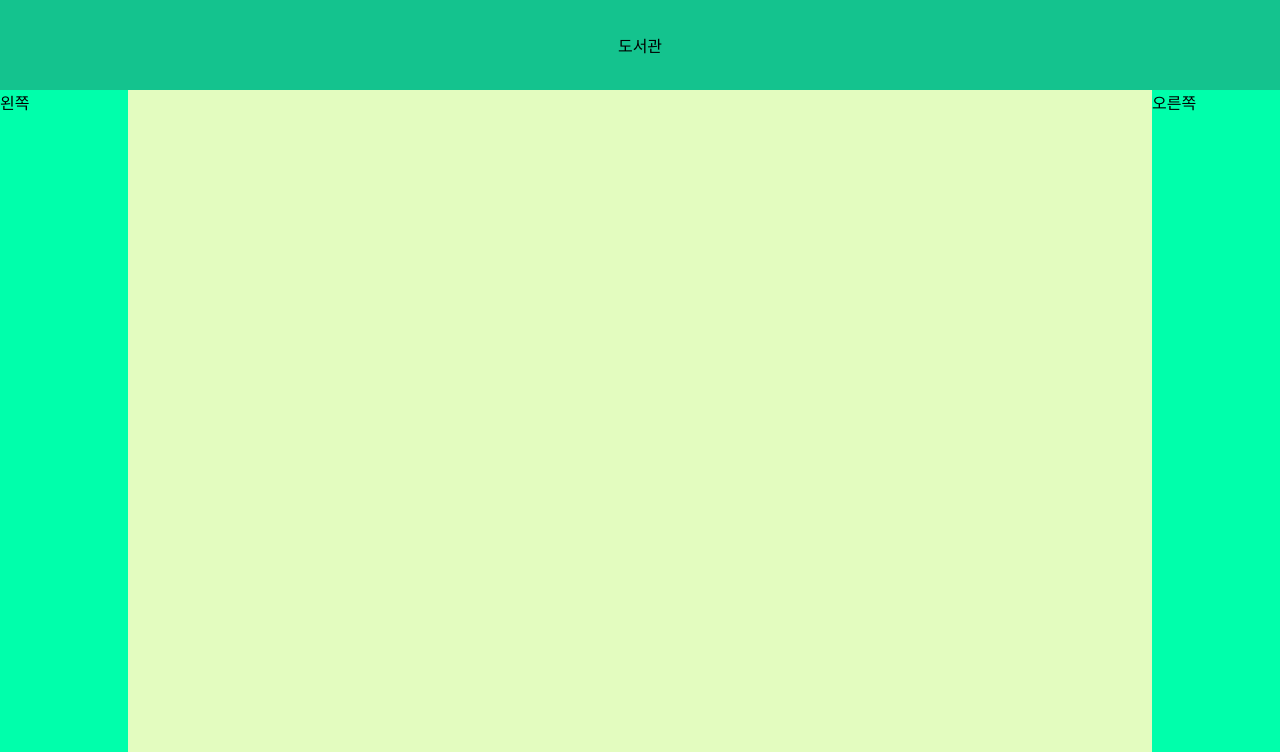
Repository: sojihwan/API_-Multi
Page: / (app in API/)
These files come from the project's save history. The page is drawn as it stood at one moment and after the next save; the edit follows.
The browser window is 1280 px wide. The pictures show the whole page.
The project was rebuilt for these pictures with package versions that can differ from the ones it lists, and the page was loaded fresh each time. Also part of the build but not shown: API/src/App.css.

Above is the page before, as saved 2022-05-24 16:18:43.

After the next save:
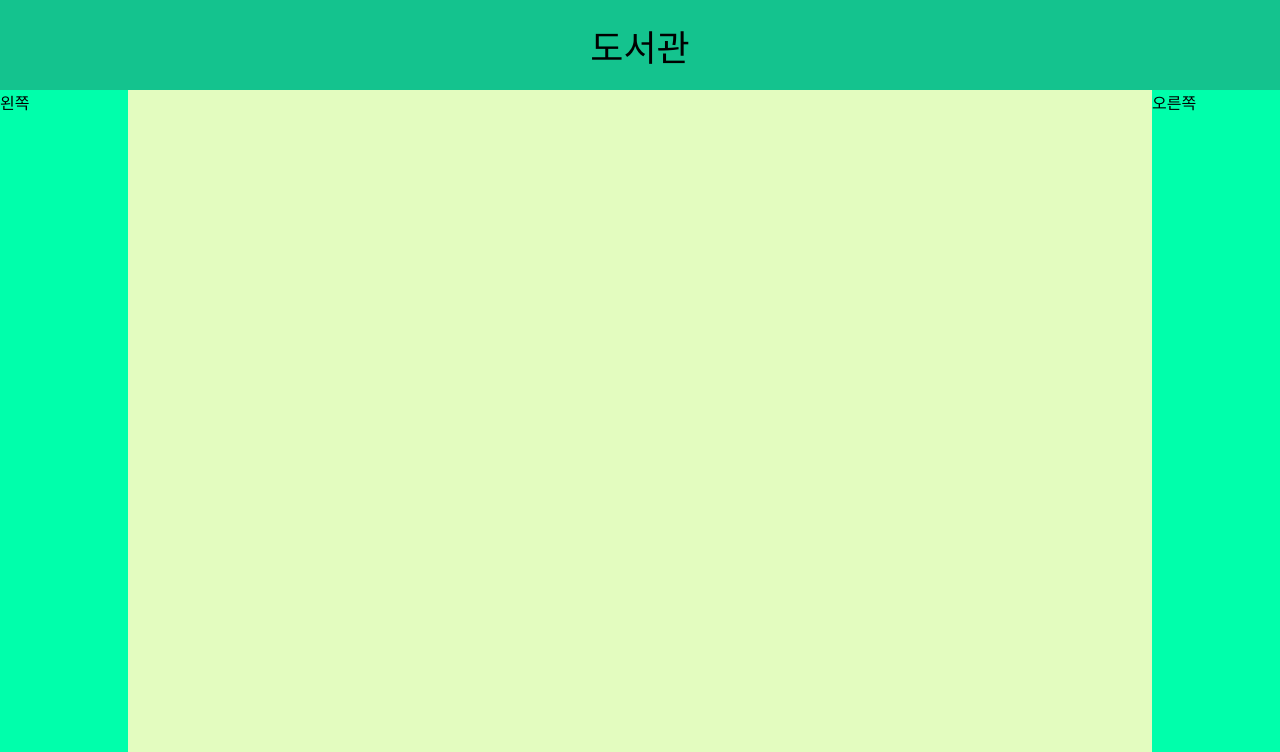
Saved 9 s later.
--- a/API/src/Layout/layout.css
+++ b/API/src/Layout/layout.css
@@ -11,6 +11,7 @@ header {
   line-height: 90px;
   text-align: center;
   background: #14C38E;
+  font-size: 36px;
   font-family: 'Noto Sans KR', sans-serif;
 }
 
